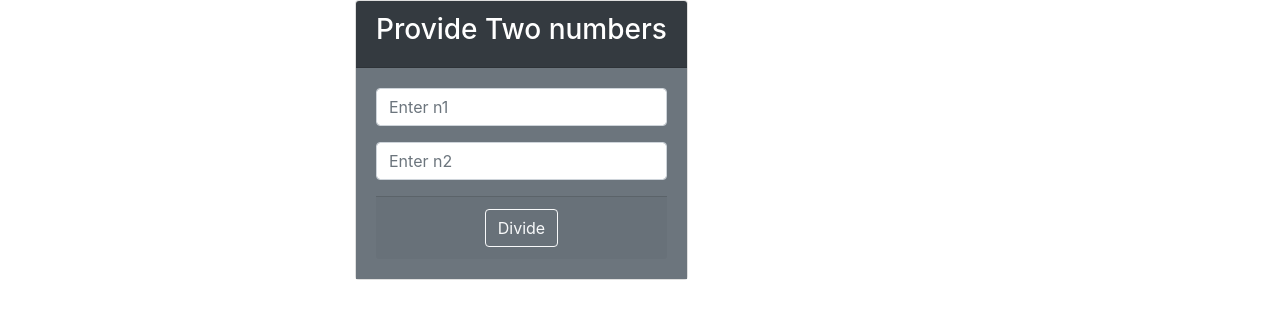
Repository: Rakshita123136/Advjavacollege
Page: Errorjsp/src/main/webapp/index.html
The author's editor kept a copy of each file at every save. The page is drawn from the files as they stood at one save, then again after the next save.
The browser window is 1280 px wide. The pictures show the whole page.

Above is the page before, as saved 2025-03-10 03:55:50.

After the next save:
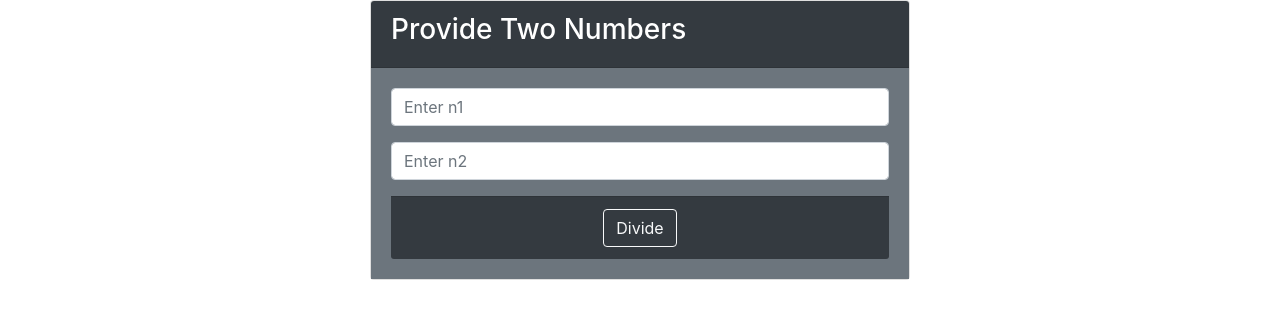
Saved 3 min 13 s later.
--- a/Errorjsp/src/main/webapp/index.html
+++ b/Errorjsp/src/main/webapp/index.html
@@ -3,40 +3,33 @@
 <head>
 <meta charset="UTF-8">
 <meta name="viewport" content="width=device-width, initial-scale=1.0">
-<title>Add Module Project|Home Page</title>
+<title>Add Module Project | Home Page</title>
 <link rel="stylesheet"
-	href="https://maxcdn.bootstrapcdn.com/bootstrap/4.0.0/css/bootstrap.min.css"
-	integrity="sha384-Gn5384xqQ1aoWXA+058RXPxPg6fy4IWvTNh0E263XmFcJlSAwiGgFAW/dAiS6JXm"
-	crossorigin="anonymous">
+    href="https://maxcdn.bootstrapcdn.com/bootstrap/4.0.0/css/bootstrap.min.css"
+    integrity="sha384-Gn5384xqQ1aoWXA+058RXPxPg6fy4IWvTNh0E263XmFcJlSAwiGgFAW/dAiS6JXm"
+    crossorigin="anonymous">
 </head>
 <body>
-	<div class="container">
-		<div class="row">
-
-			<div class="col-ms-6 offset-md-3">
-				<form action="new.jsp">
-					<div class="card">
-						<div class="card-header bg-dark text-white">
-							<h3>Provide Two numbers</h3>
-
-						</div>
-						<div class="card-body bg-secondary">
-							<div class="form-group">
-								<input type="number" name="n1" class="form-control"
-									placeholder="Enter n1">
-							</div>
-							<div class="form-group">
-								<input type="number" name="n2" class="form-control"
-									placeholder="Enter n2">
-							</div>
-							<div class="card-footer text-center dark text-white">
-								<button class="btn btn-outline-light">Divide</button>
-							</div>
-						</div>
-					</div>
-				</form>
-			</div>
-		</div>
-	</div>
-</body>
-</html>
+    <div class="container">
+        <div class="row">
+            <div class="col-md-6 offset-md-3"> <!-- Corrected 'col-ms-6' to 'col-md-6' -->
+                <form action="new.jsp"> <!-- Form action correctly points to 'new.jsp' -->
+                    <div class="card">
+                        <div class="card-header bg-dark text-white">
+                            <h3>Provide Two Numbers</h3>
+                        </div>
+                        <div class="card-body bg-secondary">
+                            <div class="form-group">
+                                <input type="number" name="n1" class="form-control"
+                                    placeholder="Enter n1" required>
+                            </div>
+                            <div class="form-group">
+                                <input type="number" name="n2" class="form-control"
+                                    placeholder="Enter n2" required>
+                            </div>
+                            <div class="card-footer text-center bg-dark text-white">
+                                <button type="submit" class="btn btn-outline-light">Divide</button>
+                            </div>
+                        </div>
+                    </div>
+                </form>
